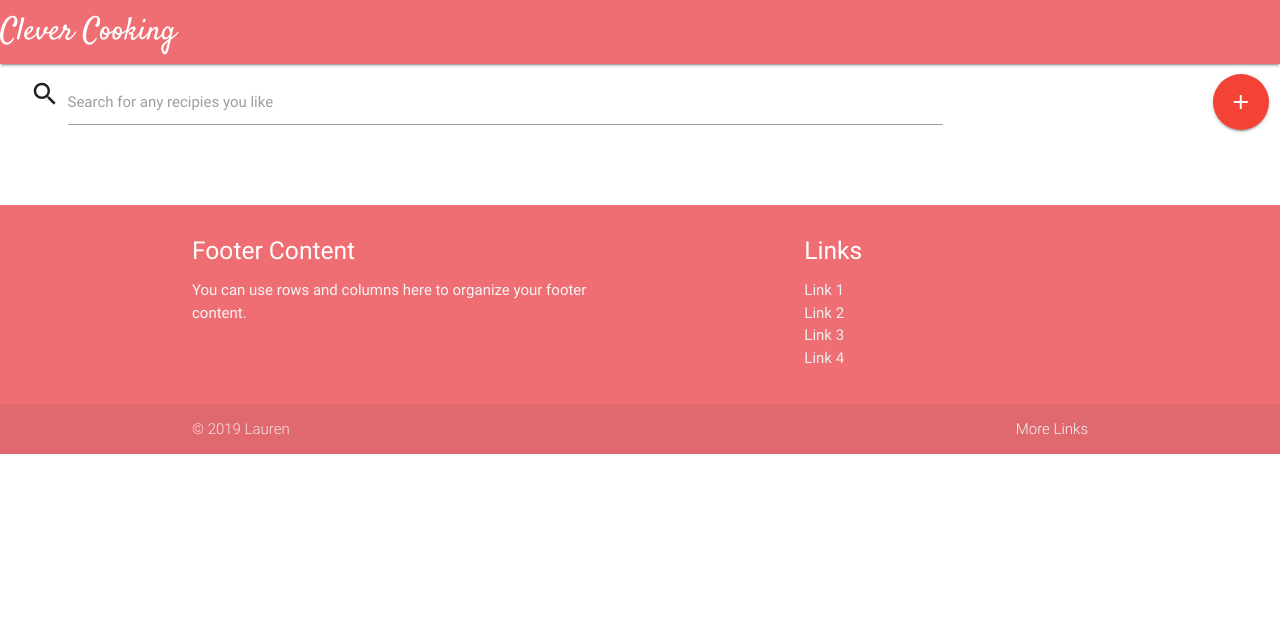
Repository: Code-Institute-Submissions/online-recipe-cookbook
Page: http://localhost/
The author's editor kept a record of every edit. The page is drawn from the files as they stood at one moment, then again after the next edit.
The browser window is 1280 px wide. The pictures show the whole page.
Some web libraries are served in a nearby version. The page is served by the project's application, run on Flask 3 (app.py). Queries for data that is not in the repository find no rows.

Above is the page before.

### templates/home.html
{% extends 'base.html' %}
{% block content %}
<!DOCTYPE html>
<html>
    <head>

    </head>
    <body>
        <div class="row">

            <div class="col s12">
              <div class="row">
                <div class="input-field col s9">
                  <i class="center-align material-icons prefix">search</i>
                  <input method="POST" action="{{url_for('get_recipe_names')}}" type="text" id="autocomplete-input" class="autocomplete">
                  <label for="autocomplete-input">Search for any recipies you like</label>
                </div>
                <a href="{{url_for('add_recipe')}}" class="btn-floating right-align btn-large waves-effect waves-light red" style="float: right; margin-top: 10px"><i class="material-icons">add</i></a>
              </div>
            </div>
         </div>
        <div class="row">
         {% for recipe in recipes %}

             <div class="card col s12 m6 l4 medium">
                <div class="card-image waves-effect waves-block waves-light">
                  <img class="activator" src={{ recipe.image_link}}>
                </div>
                <div class="card-content">
                  <span class="card-title activator grey-text text-darken-4">{{ recipe.recipe_name }}<i class="material-icons right">more_vert</i></span>
                  <p><a href="{{url_for('show_recipe', recipe_id=recipe._id)}}">View full recipe</a></p>
                  <span><i class="material-icons left">favorite</i> <p>{{recipe.likes}}</p></span>
                </div>
                <div class="card-reveal">
                  <span class="card-title grey-text text-darken-4">{{ recipe.recipe_name }}<i class="material-icons right">close</i></span>
                  <p>{{recipe.ingredients}}</p>
                  <span><a href="{{ url_for('edit_recipe', recipe_id=recipe._id)}}"><i class="material-icons right">edit</i></a></span>
                </div>
         </div>

         {% endfor %}

                 </div>
    </body>
</html>
{% endblock %}

### templates/base.html
<!DOCTYPE html>
<html>

<head>
    <link href="https://fonts.googleapis.com/icon?family=Material+Icons" rel="stylesheet">
    <link rel="stylesheet" href="https://cdnjs.cloudflare.com/ajax/libs/materialize/0.100.2/css/materialize.min.css">
    <link rel="stylesheet" href="{{url_for('static', filename='css/style.css')}}" type="text/css"/>
</head>

<body>
    <header><nav>
  <div class="nav-wrapper">
    <a href="{{url_for('get_top_recipes')}}" class="brand-logo">Clever Cooking</a>

  </div>
</nav></header>
    {% block content %}

    {% endblock %}

    <script src="https://cdnjs.cloudflare.com/ajax/libs/jquery/3.2.1/jquery.min.js"></script>
    <script src="https://cdnjs.cloudflare.com/ajax/libs/materialize/0.100.2/js/materialize.min.js"></script>
    <script type="text/javascript">
    $(document).ready(function(){
    $('.modal').modal();

    function sendItem(val) {
        console.log(val);
    }
    $(function () {
            $('input.autocomplete').autocomplete({
                data: {

                    "Apple": null,
                    "Microsoft": null,
                    "Google": 'http://placehold.it/250x250'
                },
                onAutocomplete: function(txt) {
                  sendItem(txt);
                },
                limit: 20, // The max amount of results that can be shown at once. Default: Infinity.
            });

    });

  });
    </script>

</body>
<footer class="page-footer">
          <div class="container">
            <div class="row">
              <div class="col l6 s12">
                <h5 class="white-text">Footer Content</h5>
                <p class="grey-text text-lighten-4">You can use rows and columns here to organize your footer content.</p>
              </div>
              <div class="col l4 offset-l2 s12">
                <h5 class="white-text">Links</h5>
                <ul>
                  <li><a class="grey-text text-lighten-3" href="#!">Link 1</a></li>
                  <li><a class="grey-text text-lighten-3" href="#!">Link 2</a></li>
                  <li><a class="grey-text text-lighten-3" href="#!">Link 3</a></li>
                  <li><a class="grey-text text-lighten-3" href="#!">Link 4</a></li>
                </ul>
              </div>
            </div>
          </div>
          <div class="footer-copyright">
            <div class="container">
            © 2019 Lauren
            <a class="grey-text text-lighten-4 right" href="#!">More Links</a>
            </div>
          </div>
        </footer>
</html>

### app.py
import os
from flask import Flask, render_template, redirect, request, url_for
from flask_pymongo import PyMongo
from bson.objectid import ObjectId

app = Flask(__name__)
app.config["MONGO_DBNAME"] = 'cookbookDb'
#app.config["MONGO_URI"] = os.getenv('MONGO_URI', 'mongodb://localhost')
app.config["MONGO_URI"]="mongodb+srv://root-user96:r00tUser96@myfirstcluster-ehz2d.mongodb.net/cookbookDb?retryWrites=true&w=majority"


mongo = PyMongo(app)

@app.route('/')
@app.route('/get_top_recipes')
def get_top_recipes():
    return render_template("home.html", recipes=mongo.db.recipes.find())

@app.route('/edit_recipe/<recipe_id>')
def edit_recipe(recipe_id):
    the_recipe = mongo.db.recipes.find_one({"_id": ObjectId(recipe_id)})
    return render_template('edit_recipe.html', recipe=the_recipe)

@app.route('/show_recipe/<recipe_id>')
def show_recipe(recipe_id):
    the_recipe = mongo.db.recipes.find_one({"_id": ObjectId(recipe_id)})
    return render_template('show_recipe.html', recipe=the_recipe )

@app.route('/delete_recipe/<recipe_id>')
def delete_recipe(recipe_id):
    mongo.db.recipes.remove({'_id': ObjectId(recipe_id)})
    return redirect(url_for('get_top_recipes'))

@app.route('/add_like_to_recipe/<recipe_id>', methods=['GET'])
def add_like_to_recipe(recipe_id):
    recipes = mongo.db.recipes

    recipes.update(
        {'_id': ObjectId(recipe_id)},
        { '$inc': { 'likes': +1} }
    )

    return redirect(url_for('show_recipe', recipe_id=recipe_id))
@app.route('/add_comment_to_recipe/<recipe_id>', methods=['POST'])
def add_comment_to_recipe(recipe_id):
    recipes = mongo.db.recipes

    recipes.update(
        {'_id': ObjectId(recipe_id)},
        {
             '$push':{'comments': request.form.get('comment')}
        }, upsert=True)
    return redirect(url_for('show_recipe', recipe_id=recipe_id))

@app.route('/update_recipe/<recipe_id>', methods=['POST'])
def update_recipe(recipe_id):
    recipes = mongo.db.recipes
    recipes.update({'_id': ObjectId(recipe_id)},
    {
        'recipe_name':request.form.get('recipe_name'),
        'prep_time':request.form.get('prep_time'),
        'cook_time':request.form.get('cook_time'),
        'ingredients':request.form.get('ingredients'),
        #'cuisine':request.form.get('cuisine'),
        'method_steps':request.form.get('method_steps'),
        'tools_used':request.form.get('tools_used'),
        'image_link':request.form.get('image_link')
    })
    return redirect(url_for('get_top_recipes'))

@app.route('/insert_recipe', methods=['POST'])
def insert_recipe():
    recipes = mongo.db.recipes
    recipes.insert_one(request.form.to_dict())
    return redirect(url_for('get_top_recipes'))

@app.route('/add_recipe')
def add_recipe():
    return render_template("add_recipe.html")

@app.route('/get_recipe_names')
def get_recipe_names():
    return render_template("index.html", names=mongo.db.recipe_names.find())

if __name__ == '__main__':
    app.run(host=os.environ.get('IP'),
            port=int(os.environ.get('PORT')),
            debug=True)

### static/css/style.css
@import url('https://fonts.googleapis.com/css?family=Satisfy&display=swap');
.fa {
  color: white;
  padding: .5em;
  font-size: 2em;
  width: 1em;
  text-decoration: none;
}

.nav-wrapper{
  font-family: 'Satisfy', cursive;
  font-size: 20px;
}

header{

}

After the next edit:
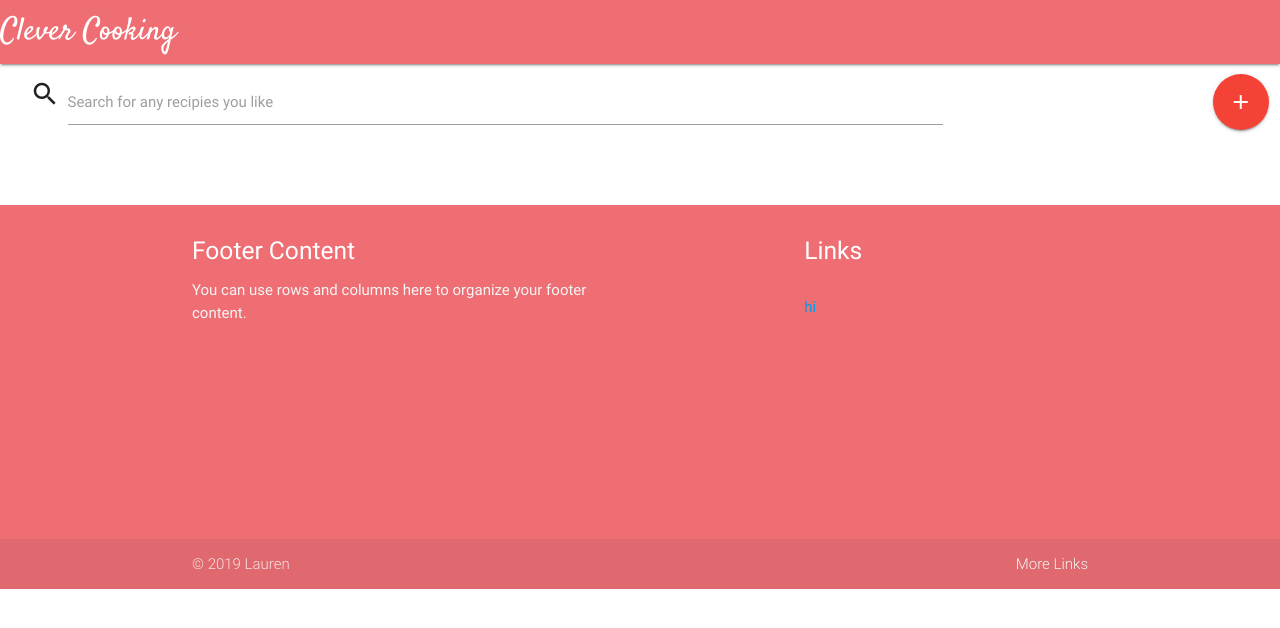
The edit:
--- a/templates/base.html
+++ b/templates/base.html
@@ -57,10 +57,12 @@
               <div class="col l4 offset-l2 s12">
                 <h5 class="white-text">Links</h5>
                 <ul>
-                  <li><a class="grey-text text-lighten-3" href="#!">Link 1</a></li>
-                  <li><a class="grey-text text-lighten-3" href="#!">Link 2</a></li>
-                  <li><a class="grey-text text-lighten-3" href="#!">Link 3</a></li>
-                  <li><a class="grey-text text-lighten-3" href="#!">Link 4</a></li>
+                  <a href= "https://www.facebook.com/pinkfloyd/">hi<i class="fa fa-facebook fa-2x"></i></a>
+          				<li><a href="https://twitter.com/pinkfloyd" ><i class="fa fa-twitter fa-2x"></i></a></li>
+          				<li><a href="https://www.instagram.com/pinkfloyd" ><i class="fa fa-instagram fa-2x"></i></a></li>
+          				<li><a href="https://www.youtube.com/channel/UCY2qt3dw2TQJxvBrDiYGHdQ" ><i class="fa fa-youtube fa-2x"></i></a></li>
+          				<li><a href="https://open.spotify.com/artist/0k17h0D3J5VfsdmQ1iZtE9"> <i class="fa fa-spotify fa-2x"></i> </a></li>
+
                 </ul>
               </div>
             </div>
